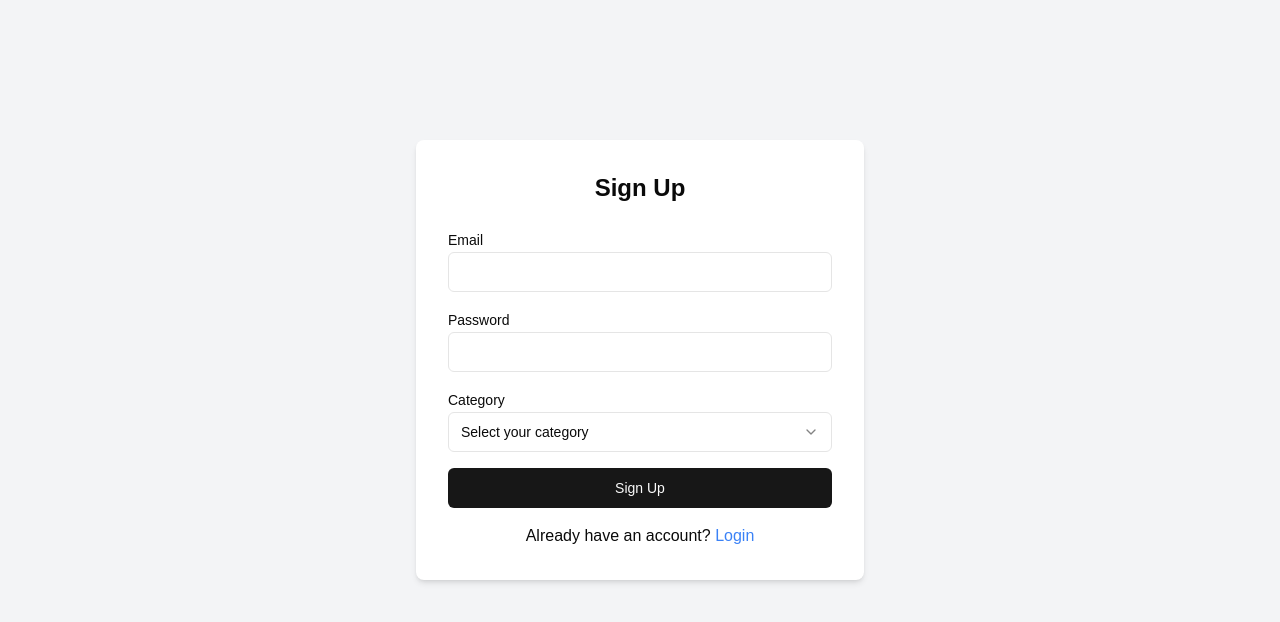
Repository: swapnil-panigrahi/annotator-group
Page: /signup
An editor plug-in stored every save of this project. The page is shown before and after the next save, followed by the edit.
The browser window is 1280 px wide. The pictures show the whole page.
The project was rebuilt for these pictures with package versions that can differ from the ones it lists, and the page was loaded fresh each time. The framework's server and built-in components were replaced by stand-ins that run in the browser. Also part of the build but not shown: next.config.mjs.

Above is the page before, as saved 2025-02-01 01:49:04.

After the next save:
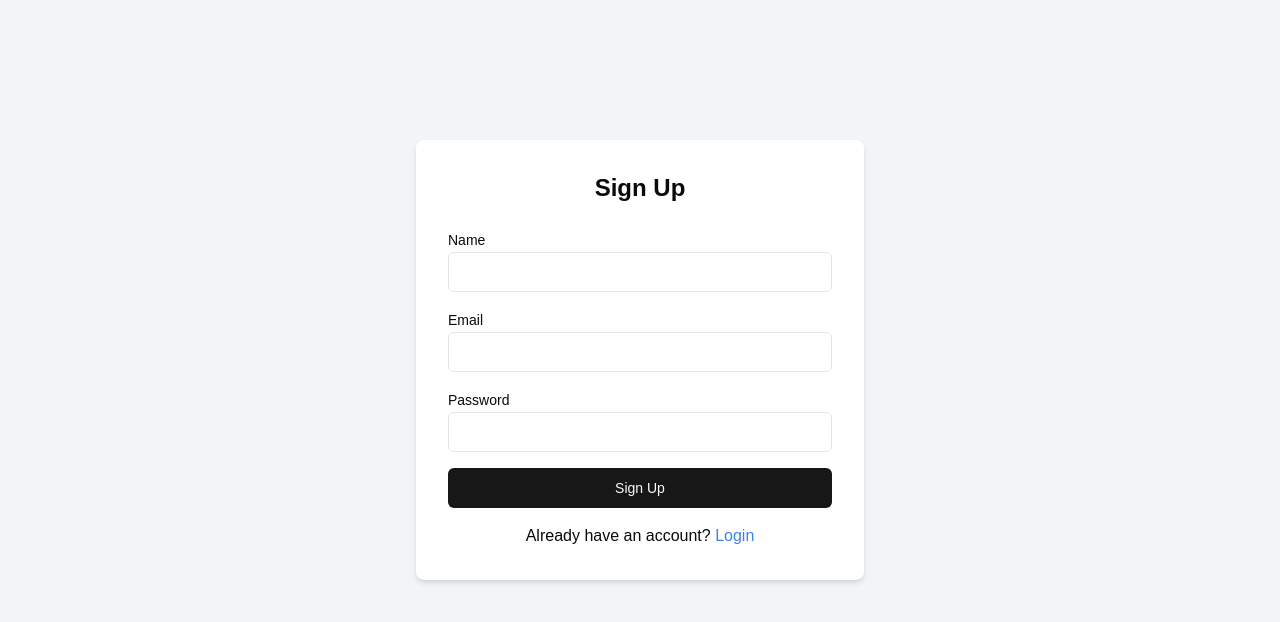
Saved 5 min 46 s later.
--- a/app/signup/page.tsx
+++ b/app/signup/page.tsx
@@ -6,13 +6,12 @@ import Link from "next/link"
 import { Button } from "@/components/ui/button"
 import { Input } from "@/components/ui/input"
 import { Label } from "@/components/ui/label"
-import { Select, SelectContent, SelectItem, SelectTrigger, SelectValue } from "@/components/ui/select"
 import { signup } from "@/app/actions/auth"
 
 export default function SignupPage() {
+  const [name, setName] = useState("")
   const [email, setEmail] = useState("")
   const [password, setPassword] = useState("")
-  const [category, setCategory] = useState("")
   const [error, setError] = useState("")
   const router = useRouter()
 
@@ -20,13 +19,8 @@ export default function SignupPage() {
     e.preventDefault()
     setError("")
 
-    if (!category) {
-      setError("Please select a category")
-      return
-    }
-
     try {
-      const result = await signup(email, password, category)
+      const result = await signup(email, password, name)
       if (result.success) {
         router.push("/annotate")
       } else {
@@ -45,8 +39,23 @@ export default function SignupPage() {
         {error && <p className="text-red-500 mb-4 text-center">{error}</p>}
         <form onSubmit={handleSubmit} className="space-y-4">
           <div>
+            <Label htmlFor="name">Name</Label>
+            <Input
+              id="name"
+              value={name}
+              onChange={(e) => setName(e.target.value)}
+              required
+            />
+          </div>
+          <div>
             <Label htmlFor="email">Email</Label>
-            <Input id="email" type="email" value={email} onChange={(e) => setEmail(e.target.value)} required />
+            <Input
+              id="email"
+              type="email"
+              value={email}
+              onChange={(e) => setEmail(e.target.value)}
+              required
+            />
           </div>
           <div>
             <Label htmlFor="password">Password</Label>
@@ -57,20 +66,6 @@ export default function SignupPage() {
               onChange={(e) => setPassword(e.target.value)}
               required
             />
-          </div>
-          <div>
-            <Label htmlFor="category">Category</Label>
-            <Select onValueChange={setCategory} required>
-              <SelectTrigger>
-                <SelectValue placeholder="Select your category" />
-              </SelectTrigger>
-              <SelectContent>
-                <SelectItem value="expert">Expert</SelectItem>
-                <SelectItem value="researcher">Researcher</SelectItem>
-                <SelectItem value="pre-med">Pre-med</SelectItem>
-                <SelectItem value="layman">Layman</SelectItem>
-              </SelectContent>
-            </Select>
           </div>
           <Button type="submit" className="w-full">
             Sign Up
